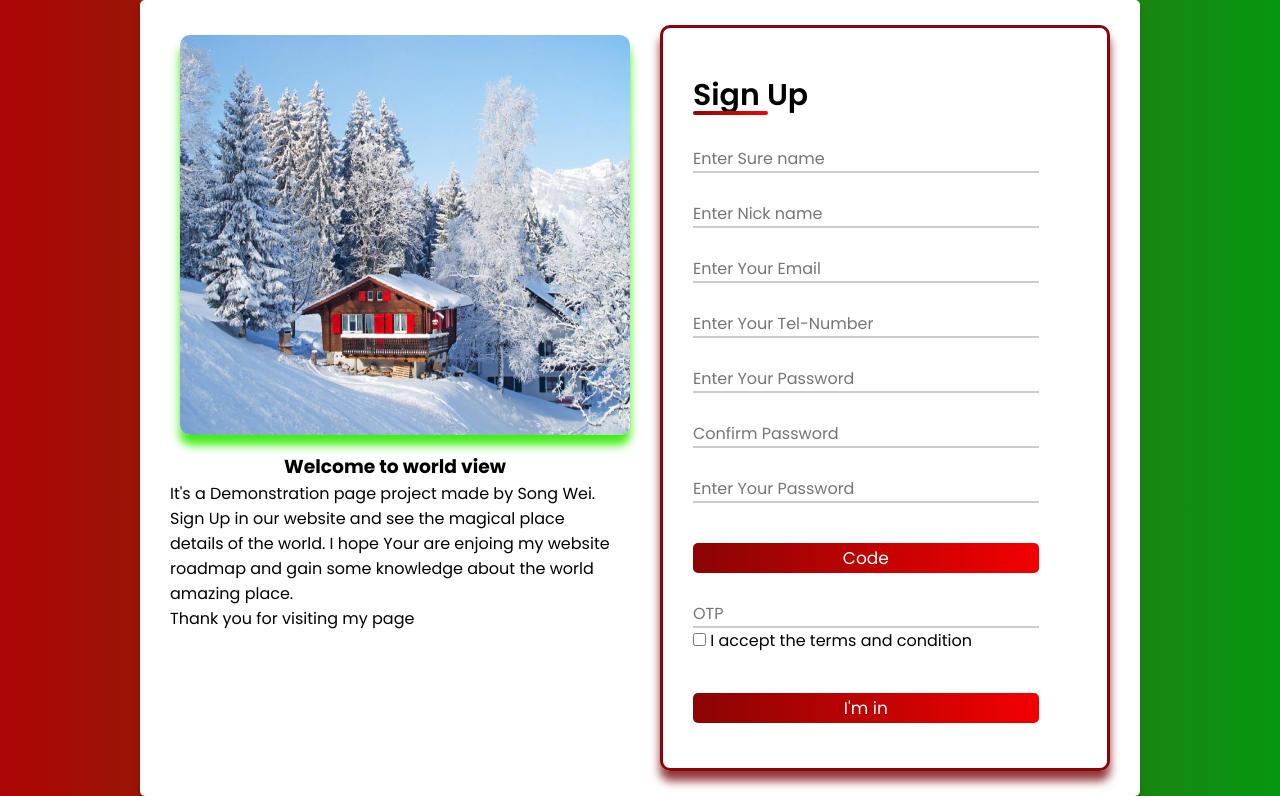
Repository: dev-ashik/Halloween
Page: Reg Page/Index.html
The author's editor kept a copy of each file at every save. The page is drawn from the files as they stood at one save, then again after the next save.
The browser window is 1280 px wide. The pictures show the whole page.

Above is the page before, as saved 2021-12-21 22:43:15.

### Reg Page/Index.html
<!DOCTYPE html>
<html lang="en">

<head>
    <meta charset="UTF-8">
    <meta http-equiv="X-UA-Compatible" content="IE=edge">
    <meta name="viewport" content="width=device-width, initial-scale=1.0">
    <title>Regristration page</title>
    <link rel="stylesheet" href="CSS/main.css">
</head>

<body>
    <div class="con">
        <div class="bann">
            <img src="IMG/banner.jpg" alt=""><br/>
            <h3>Welcome to world view</h3>
            <p>It's a Demonstration page project made by Song Wei. Sign Up in our website and see the magical place details of the world. I hope Your are enjoing my website roadmap and gain some knowledge about the world amazing place.
            </p>
            <p>Thank you for visiting my page</p>
        </div>
        <div class="form">
            <form action="#">
                <div class="title">Sign Up</div>
                <div class="box">
                    <input type="text" placeholder="Enter Sure name" id="fn" required>
                    <div class="underline"></div>
                </div>
                <div class="box"> <input type="text" placeholder="Enter Nick name" id="ln" required>
                    <div class="underline"></div>
                </div>
                <div class="box underline">
                    <input type="text" placeholder="Enter Your Email" id="mail" required>
                    <div class="underline"></div>
                    <!--Email Field with velidation-->
                </div>
                <div class="box underline">
                    <input type="text" placeholder="Enter Your Tel-Number" id="number" required>
                    <div class="underline"></div>
                </div>
                <div class="box">
                    <input type="password" placeholder="Enter Your Password" id="pwd" required>
                    <div class="underline"></div>
                    <!--Password Field with velidation-->
                </div>
                <div class="box">
                    <input type="password" placeholder="Confirm Password" id="pwd" required>
                    <div class="underline"></div>
                </div>
                <div class="box">
                    <input type="password" placeholder="Enter Your Password" id="pwd" required>
                    <div class="underline"></div>
                </div>
                <div class="box button">
                    <button onclick="vercod()" id="vc">Code</button>
                    <!--Code form-->
                </div>
                <div class="box">
                    <input type="text" placeholder="OTP" id="otp" required>
                    <div class="underline"></div>
                    <!--Security Code with velidation-->
                </div>
                <div class="Agreement">
                    <input type="checkbox" id="cb" value="Agree">
                    <label for="Agree">I accept the terms and condition</label>
                    <!--Agreement box-->
                </div>
                <div class="box button">
                    <button onclick="sub()">I'm in</button>
                </div>
            </form>
        </div>
    </div>
</body>
<script src="JS/main.js"></script>

</html>

### Reg Page/CSS/main.css
@import url('https://fonts.googleapis.com/css2?family=Poppins:wght@200;300;400;500;600;700&display=swap');
@import url('https://fonts.googleapis.com/css2?family=Poppins:wght@200;300;400;500;600;700&display=swap');
* {
    margin: 0;
    padding: 0;
    box-sizing: border-box;
    font-family: 'Poppins', sans-serif;
}

html,
body {
    display: grid;
    height: 100vh;
    width: 100%;
    place-items: center;
    background: linear-gradient(to right, #ad0505 0%, #069612 100%);
}

 ::selection {
    background: #ff80bf;
}

.con {
    background: #fff;
    max-width: 1000px;
    width: 100%;
    padding: 25px 30px;
    border-radius: 5px;
    box-shadow: 0 10px 10px rgba(0, 0, 0, 0.15);
}

.con .bann {
    float: left;
    width: 450px;
}

.con .bann img {
    width: 100%;
    height: 400px;
    border-radius: 10px;
    margin: 10px;
    box-shadow: 0 10px 10px #40ee14;
}

.con .bann h3 {
    text-align: center;
}

.con .form {
    float: right;
    border: 3px solid rgb(138, 5, 11);
    border-radius: 10px;
    padding: 25px 30px;
    max-width: 450px;
    width: 100%;
    box-shadow: 0 10px 10px rgba(121, 4, 4, 0.795);
}

.con .form form .title {
    font-size: 30px;
    font-weight: 600;
    margin: 20px 0 10px 0;
    position: relative;
}

.con .form form .title:before {
    content: '';
    position: absolute;
    height: 4px;
    width: 75px;
    left: 0px;
    bottom: 3px;
    border-radius: 5px;
    background: linear-gradient(to right, #960404 0%, #eb0909 100%);
}

.con .form form .box {
    width: 90%;
    height: 30px;
    margin-top: 25px;
    position: relative;
}

.con .form form .box input {
    width: 100%;
    height: 100%;
    outline: none;
    font-size: 16px;
    border: none;
}

.con .form form .underline::before {
    content: '';
    position: absolute;
    height: 2px;
    width: 100%;
    background: #ccc;
    left: 0;
    bottom: 0;
}

.con .form form .underline::after {
    content: '';
    position: absolute;
    height: 2px;
    width: 100%;
    background: linear-gradient(to right, rgb(136, 2, 2) 0%, #f10404 100%);
    left: 0;
    bottom: 0;
    transform: scaleX(0);
    transform-origin: left;
    transition: all 0.3s ease;
}

.con .form form .box input:focus~.underline::after,
.con .form form .box input:valid~.underline::after {
    transform: scaleX(1);
    transform-origin: left;
}

.con .form form .button {
    margin: 40px 0 20px 0;
}

.con .form .box button {
    width: 100%;
    height: 100%;
    outline: none;
    font-size: 16px;
    border: none;
    background: linear-gradient(to right, #8b0404 0%, #f30000 100%);
    font-size: 17px;
    color: #fff;
    border-radius: 5px;
    cursor: pointer;
    transition: all 0.3s ease;
}

.con .form .box button:hover {
    letter-spacing: 1px;
    background: linear-gradient(to left, #8a0404 0%, #fc0707 100%);
}

footer {
    text-align: center;
    font-size: 30px;
    color: greenyellow;
}

footer:hover {
    color: greenyellow;
    text-shadow: 1px 1px 2px black, 0 0 25px rgb(11, 247, 3), 0 0 5px rgb(10, 255, 1);
}

Loaded but not shown: Reg Page/JS/main.js (no stored copy; drawn as an empty file)

After the next save:
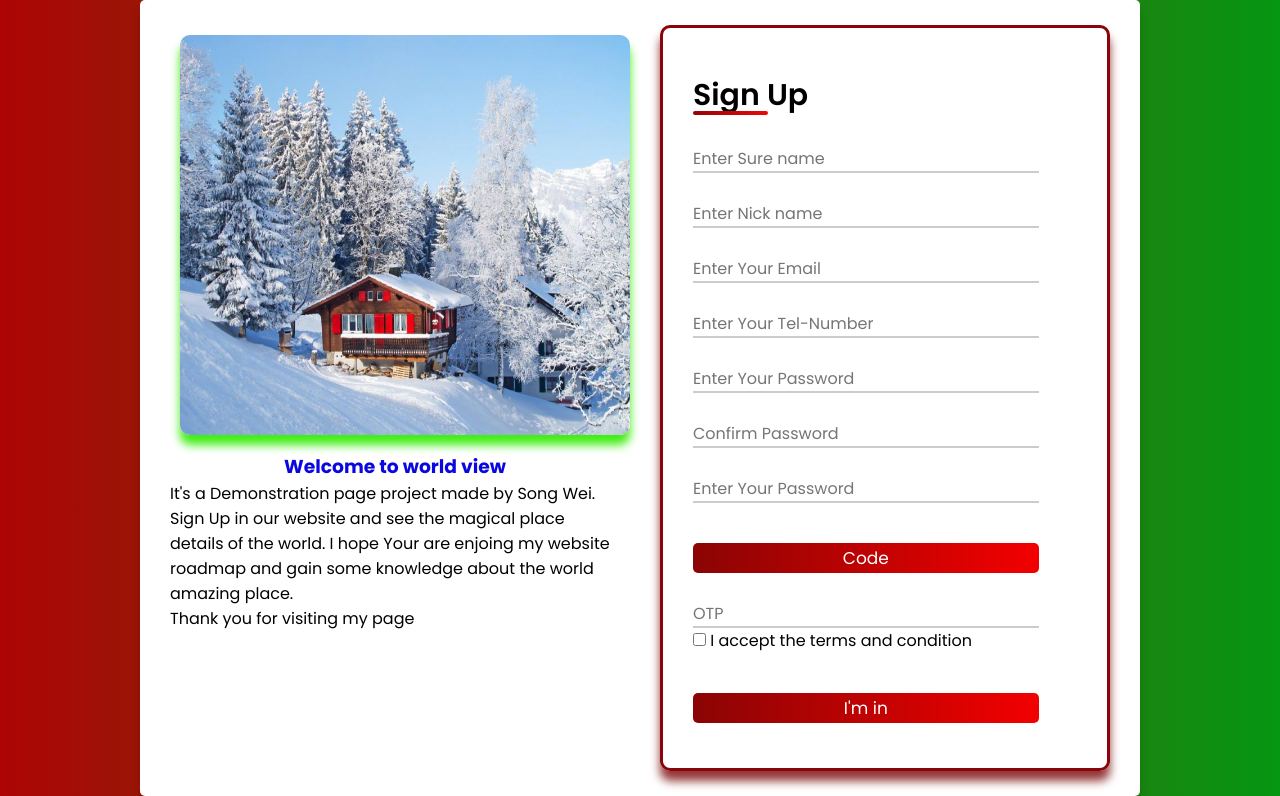
Saved 25 s later.
--- a/Reg Page/CSS/main.css
+++ b/Reg Page/CSS/main.css
@@ -44,6 +44,7 @@ body {
 
 .con .bann h3 {
     text-align: center;
+    color: #0b08df;
 }
 
 .con .form {
